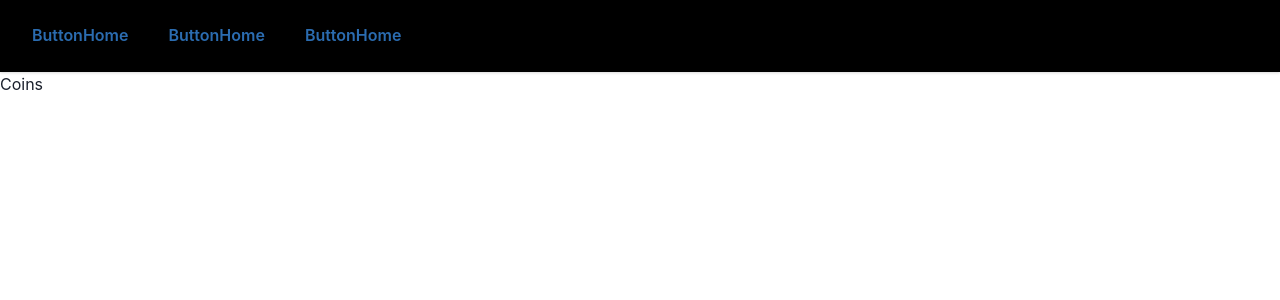
Repository: Attar786/cryptoapp
Page: /coins
These files come from the project's save history. The page is drawn as it stood at one moment and after the next save; the edit follows.
The browser window is 1280 px wide. The pictures show the whole page.
The project was rebuilt for these pictures with package versions that can differ from the ones it lists, and the page was loaded fresh each time. Also part of the build but not shown: vite.config.js, src/components/Home.jsx, src/components/Exhanges.jsx, src/components/CoinDetails.jsx, src/index.css.

Above is the page before, as saved 2024-03-16 16:54:38.

After the next save:
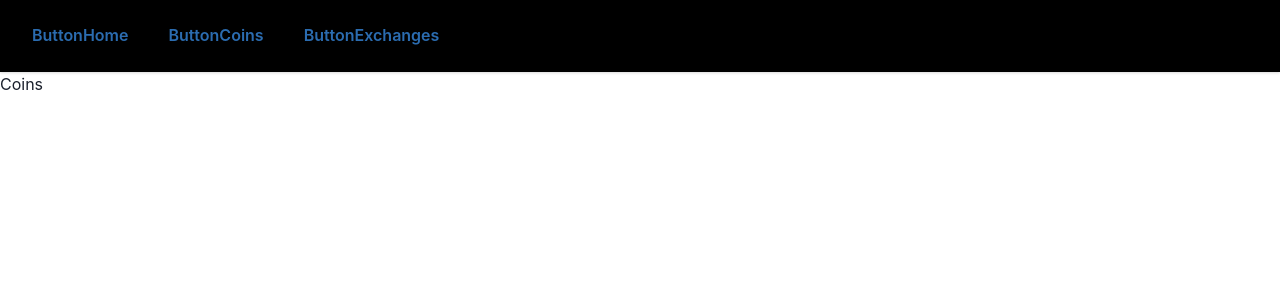
Saved 47 s later.
--- a/src/components/Header.jsx
+++ b/src/components/Header.jsx
@@ -9,11 +9,11 @@ const Header = () => {
 <Link to={"/"}   >Home</Link>
 </Button>
 <Button colorScheme='blue' variant='ghost' >Button
-<Link to={"/coins"}   >Home</Link>
+<Link to={"/coins"}   >Coins</Link>
 </Button>
 
 <Button colorScheme='blue' variant='ghost' >Button
-<Link to={"/"}   >Home</Link>
+<Link to={"/exchanges"}>Exchanges</Link>
 </Button>
 
 
